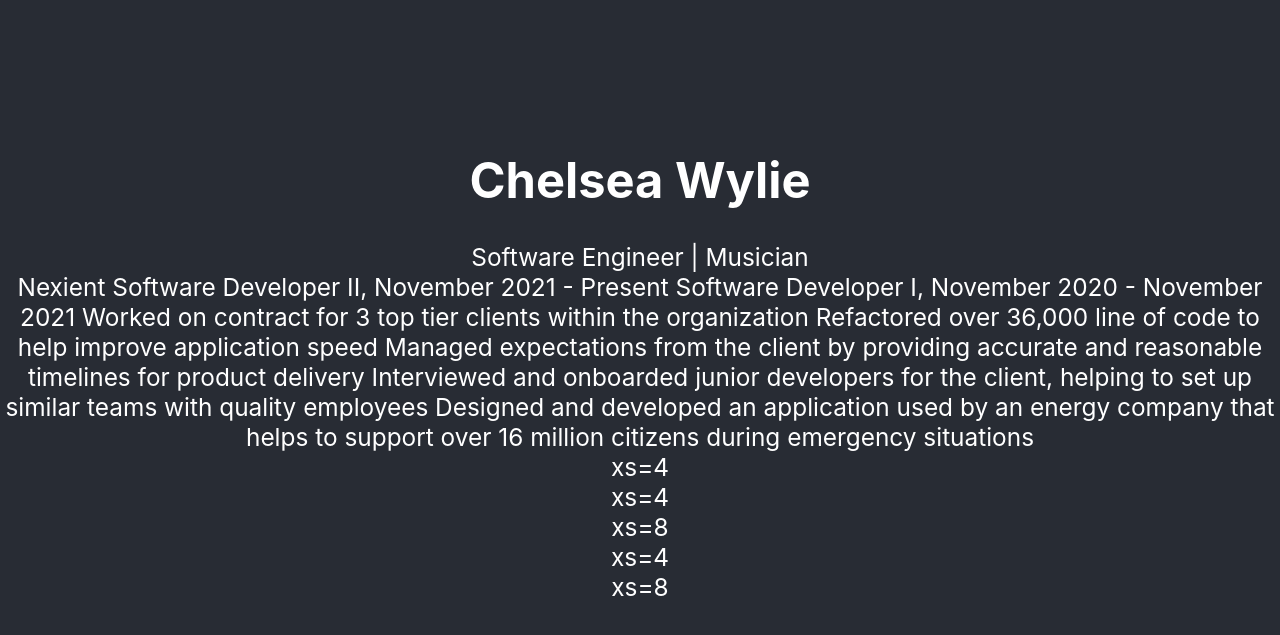
Repository: chelsswylie/portfolio
Page: /
These files come from the project's save history. The page is drawn as it stood at one moment and after the next save; the edit follows.
The browser window is 1280 px wide. The pictures show the whole page.
The project was rebuilt for these pictures with package versions that can differ from the ones it lists, and the page was loaded fresh each time.

Above is the page before, as saved 2022-06-05 18:57:34.

After the next save:
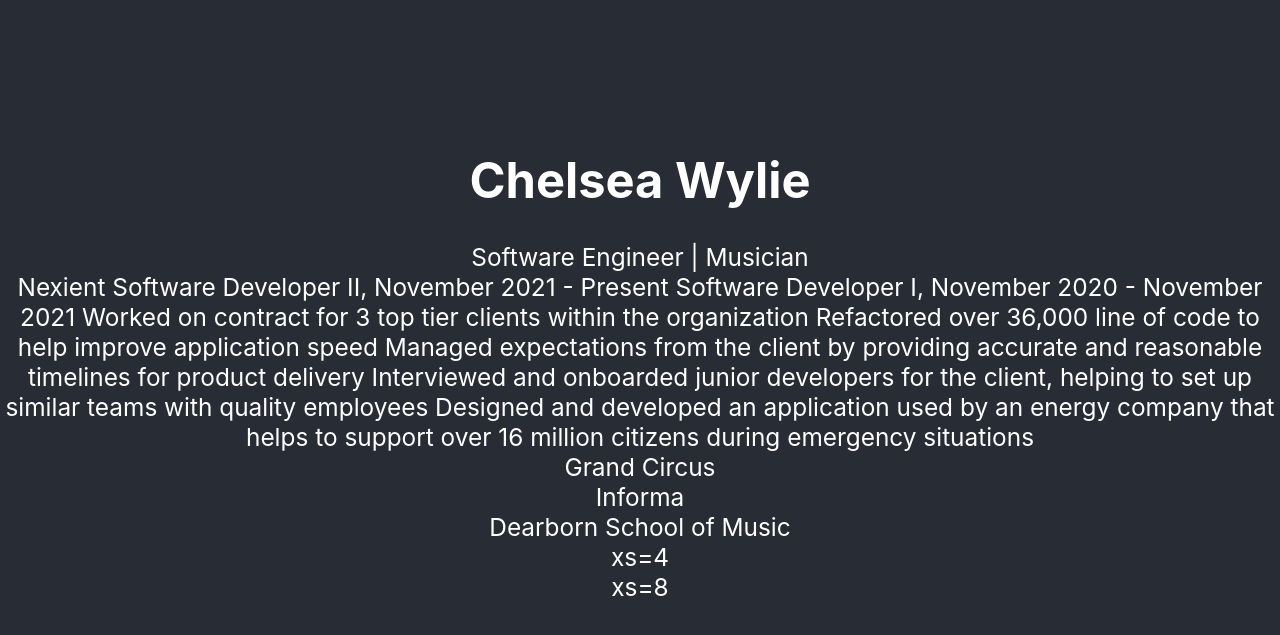
Saved 79 s later.
--- a/src/components/atom/Experience.js
+++ b/src/components/atom/Experience.js
@@ -18,13 +18,13 @@
 </div>
   </div>
   <div className="grid-item">
-    <div>xs=4</div>
+    <div>Grand Circus</div>
   </div>
   <div className="grid-item">
-    <div>xs=4</div>
+    <div>Informa</div>
   </div>
   <div className="grid-item">
-    <div>xs=8</div>
+    <div>Dearborn School of Music</div>
   </div>
 </div>
     )
